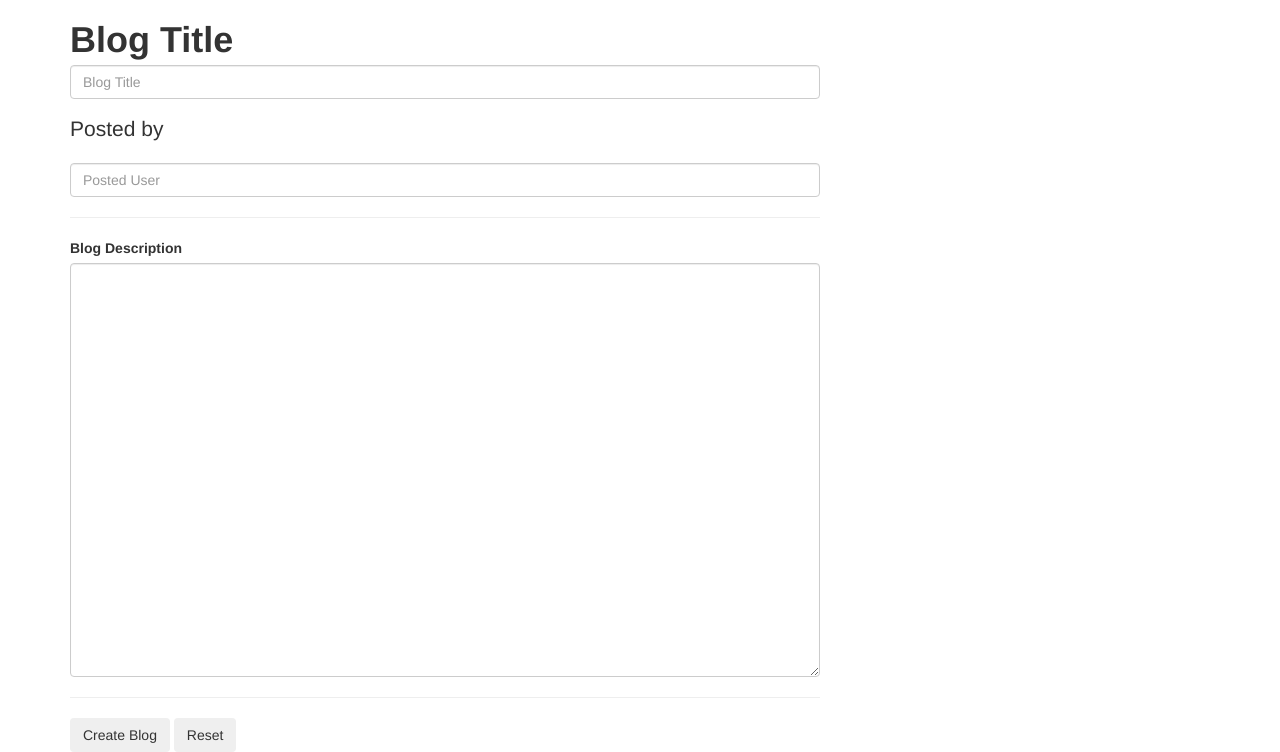
Repository: Indurupi/FriendZone
Page: FriendZoneFrontEnd/WebContent/createblog.html
An editor plug-in stored every save of this project. The page is shown before and after the next save, followed by the edit.
The browser window is 1280 px wide. The pictures show the whole page.
Some web libraries are served in a nearby version.

Above is the page before, as saved 2017-03-17 15:19:25.

### FriendZoneFrontEnd/WebContent/createblog.html
<!DOCTYPE html>
<html lang="en">
<meta charset="ISO-8859-1">
<head>

<meta charset="utf-8">
<meta http-equiv="X-UA-Compatible" content="IE=edge">
<meta name="viewport" content="width=device-width, initial-scale=1">
<meta name="description" content="">
<meta name="author" content="">

<!-- Latest compiled and minified CSS -->
<link rel="stylesheet"
	href="https://maxcdn.bootstrapcdn.com/bootstrap/3.3.7/css/bootstrap.min.css">

<!-- jQuery library -->
<script
	src="https://ajax.googleapis.com/ajax/libs/jquery/3.1.1/jquery.min.js"></script>

<!-- Latest compiled JavaScript -->
<script
	src="https://maxcdn.bootstrapcdn.com/bootstrap/3.3.7/js/bootstrap.min.js"></script>

<title>FriendZone</title>

<!-- HTML5 Shim and Respond.js IE8 support of HTML5 elements and media queries -->
<!-- WARNING: Respond.js doesn't work if you view the page via file:// -->
<!--[if lt IE 9]>
        <script src="https://oss.maxcdn.com/libs/html5shiv/3.7.0/html5shiv.js"></script>
        <script src="https://oss.maxcdn.com/libs/respond.js/1.4.2/respond.min.js"></script>
        <![endif]-->


</head>

<body ng-app="friendzoneApp">
	<div ng-controller="blogcontrol as bc">
		<div class="container">
			<div class="row">
				<div class="col-lg-8">
					<form ng-submit="bc.submitblog()" method="post">

						<!-- Blog Post -->

						<!-- Title -->
						<h1>
							<div class="form-group">
								<label>Blog Title</label> <input type="text"
									class="form-control" placeholder="Blog Title"
									ng-model="bc.blog.blogTitle">
							</div>
						</h1>

						<!-- Author -->
						<p class="lead">Posted by
						<div class="form-group">
							<input type="text" class="form-control" placeholder="Posted User"
								ng-model="bc.blog.postedUser">
						</div>
						</p>

						<hr>
						<div class="form-group">
							<label>Blog Description</label>
							<textarea class="form-control" rows="20"
								ng-model="bc.blog.blogDescription"></textarea>
						</div>
						<hr>
						<button class="btn" id="custom-button" type="submit">Create
							Blog</button>
						<button class="btn" id="custom-button" ng-click="bc.reset()"
							type="reset">Reset</button>
					</form>
				</div>
			</div>
		</div>
		<!-- <div ng-repeat="blogobj in bc.blogs">
			userid:{{blogobj.userId}}<br> posteddate:{{blogobj.postedDate}}<br>
			blogid:{{blogobj.blogid}}<br> posteduser:{{blogobj.postedUser}}<br>
			blogtitle:{{blogobj.blogTitle}}<br>
			blogdescription:{{blogobj.blogDescription}}<br><br>
			<br>
		</div> -->
	</div>
</body>
</html>

After the next save:
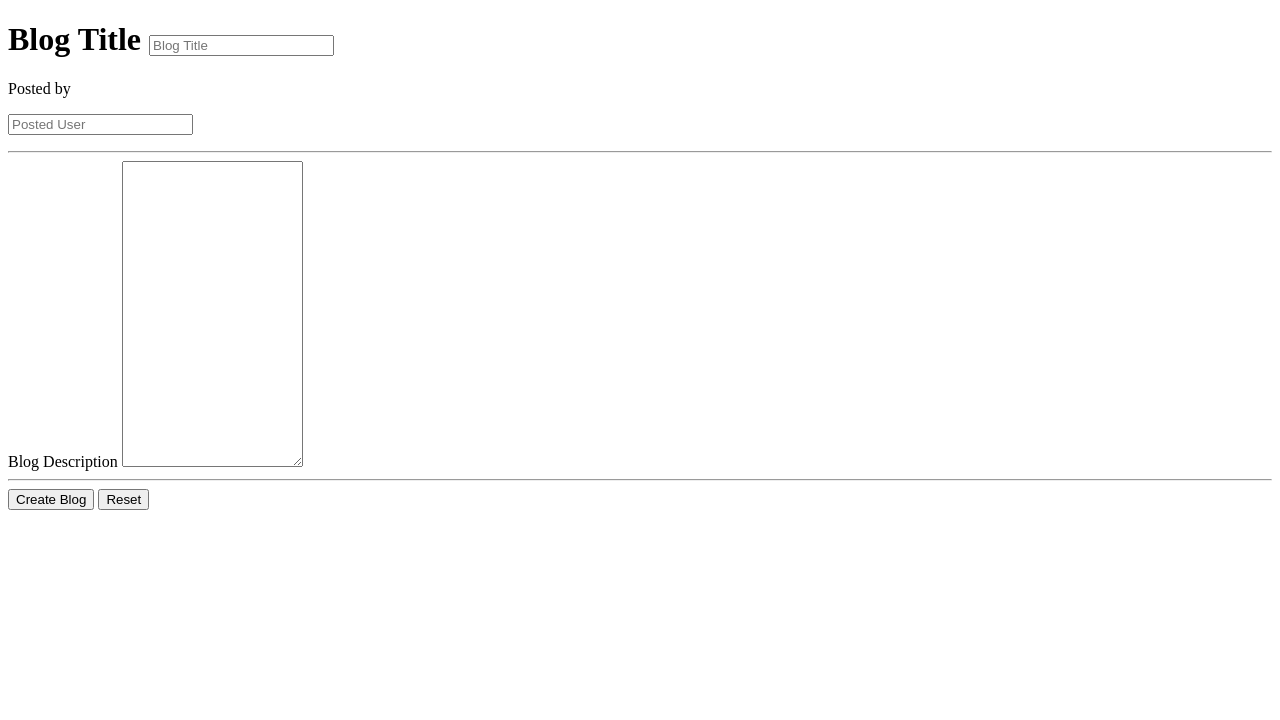
Saved 18 s later.
--- a/FriendZoneFrontEnd/WebContent/createblog.html
+++ b/FriendZoneFrontEnd/WebContent/createblog.html
@@ -8,19 +8,6 @@
 <meta name="viewport" content="width=device-width, initial-scale=1">
 <meta name="description" content="">
 <meta name="author" content="">
-
-<!-- Latest compiled and minified CSS -->
-<link rel="stylesheet"
-	href="https://maxcdn.bootstrapcdn.com/bootstrap/3.3.7/css/bootstrap.min.css">
-
-<!-- jQuery library -->
-<script
-	src="https://ajax.googleapis.com/ajax/libs/jquery/3.1.1/jquery.min.js"></script>
-
-<!-- Latest compiled JavaScript -->
-<script
-	src="https://maxcdn.bootstrapcdn.com/bootstrap/3.3.7/js/bootstrap.min.js"></script>
-
 <title>FriendZone</title>
 
 <!-- HTML5 Shim and Respond.js IE8 support of HTML5 elements and media queries -->
